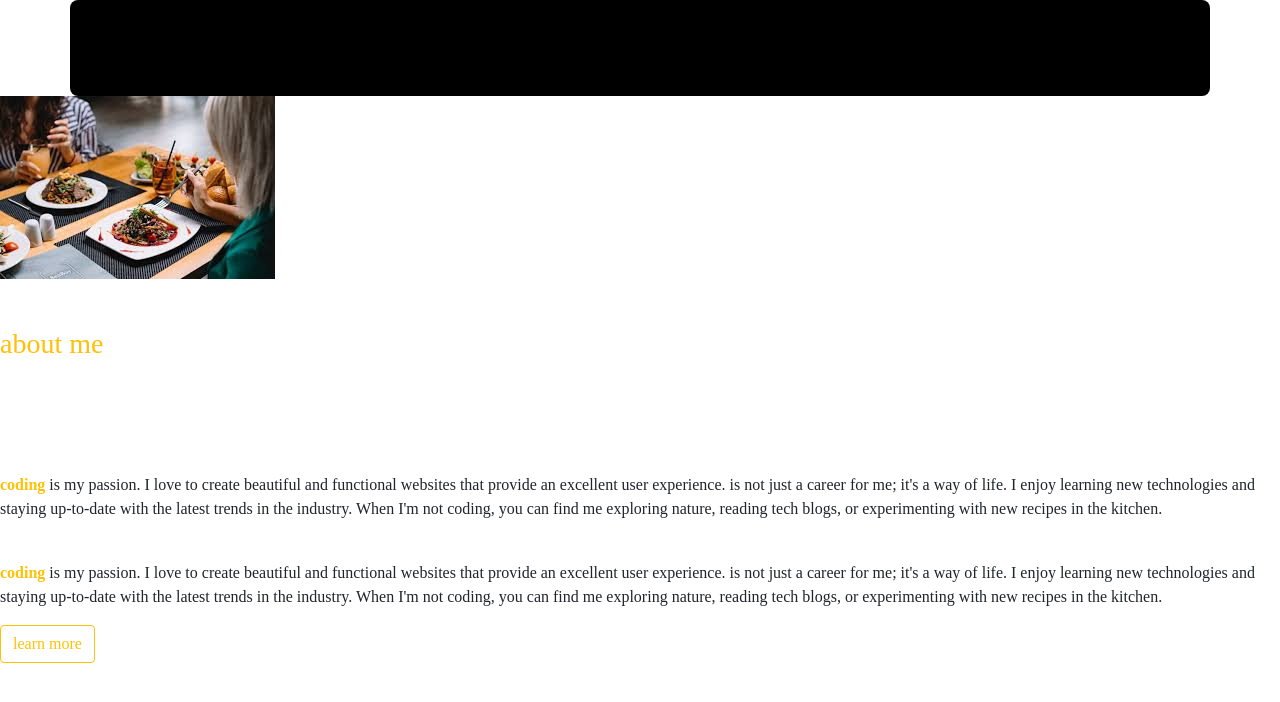
Repository: abeera518/part-2
Page: about.html
The author's editor kept a copy of each file at every save. The page is drawn from the files as they stood at one save, then again after the next save.
The browser window is 1280 px wide. The pictures show the whole page.

Above is the page before, as saved 2025-11-20 23:20:06.

After the next save:
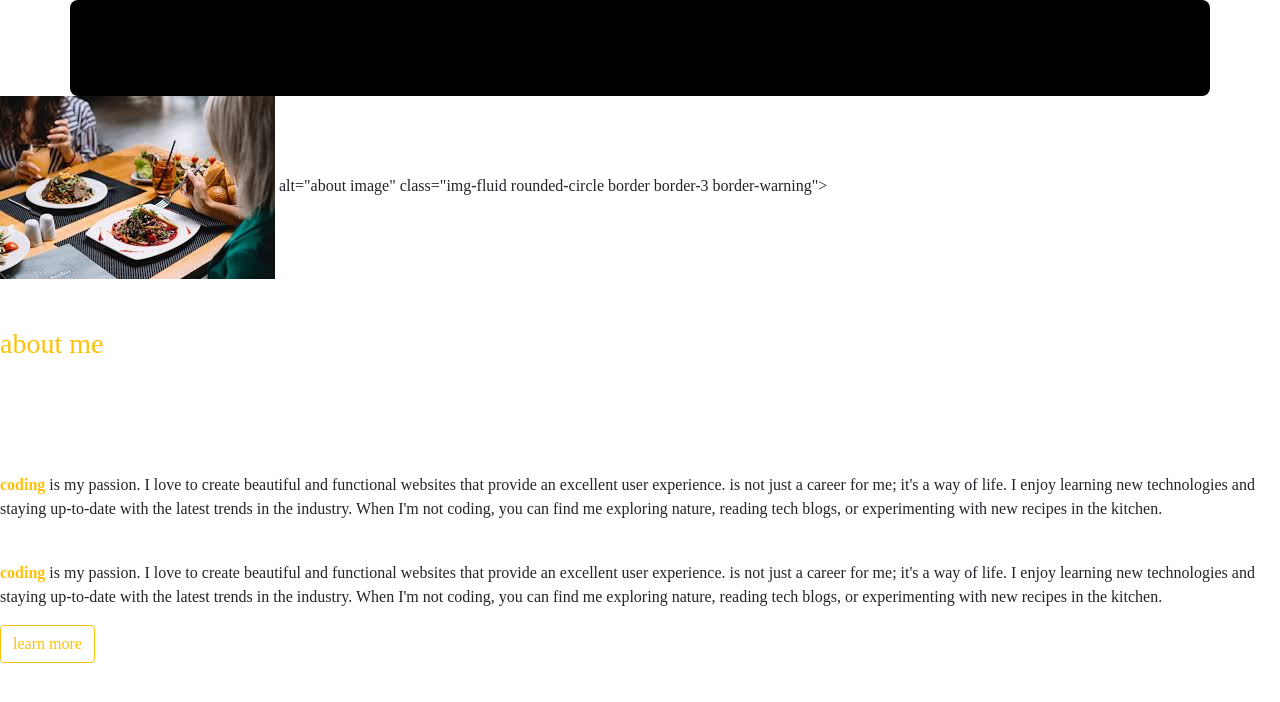
Saved 4 s later.
--- a/about.html
+++ b/about.html
@@ -13,7 +13,7 @@
     <div id="about" class="container about p-5"></div>
     <div class="row"></div>
     <div class="col-6"></div>
-    <img src=download.jpg>
+    <img src=download.jpg> alt="about image" class="img-fluid rounded-circle border border-3 border-warning">
     <div class="col-6 pt-5 pl-5 pb-5 text-white">
         <h3 class="text-warning">about me</h3>
         <h1 class="m-heading">a little bit about me</h1>
